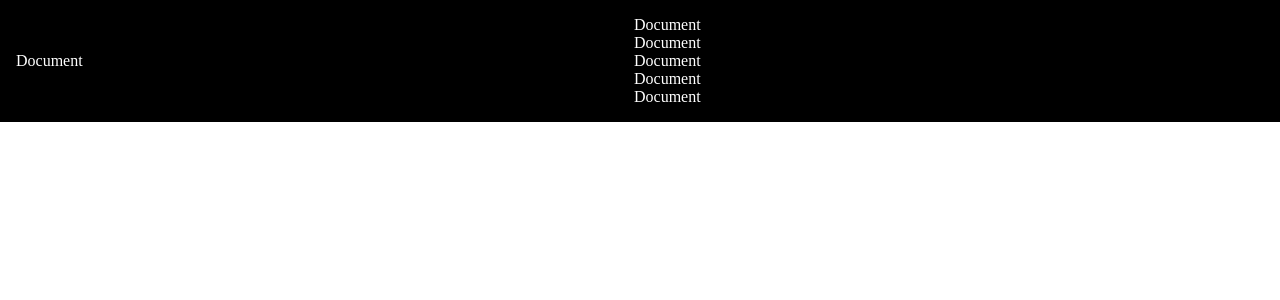
Repository: GoodHoneyCake/Dream_Coding_Academy2
Page: index.html
An editor plug-in stored every save of this project. The page is shown before and after the next save, followed by the edit.
The browser window is 1280 px wide. The pictures show the whole page.
Some web libraries are served in a nearby version.

Above is the page before, as saved 2021-01-07 16:26:42.

After the next save:
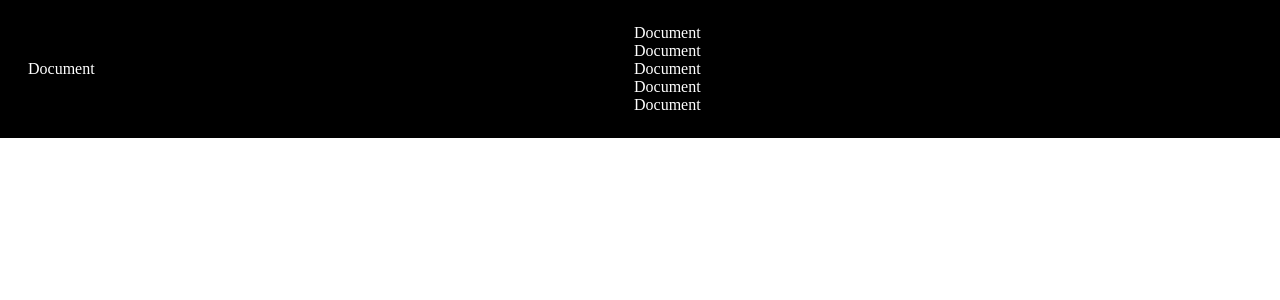
Saved 7 s later.
--- a/style.css
+++ b/style.css
@@ -12,4 +12,5 @@
   justify-content: space-between;
   align-items: center;
   background-color: black;
+  padding: 8px 12px;
 }
